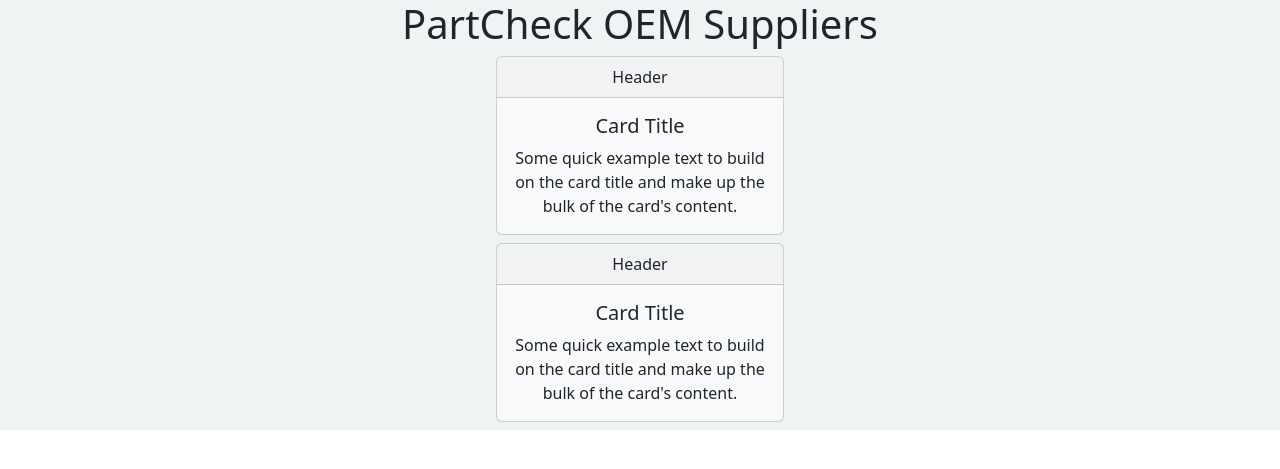
Repository: trungna4699/coding_challenge
Page: /
The author's editor kept a copy of each file at every save. The page is drawn from the files as they stood at one save, then again after the next save.
The browser window is 1280 px wide. The pictures show the whole page.
The project was rebuilt for these pictures with package versions that can differ from the ones it lists, and the page was loaded fresh each time.

Above is the page before, as saved 2022-09-01 16:17:09.

After the next save:
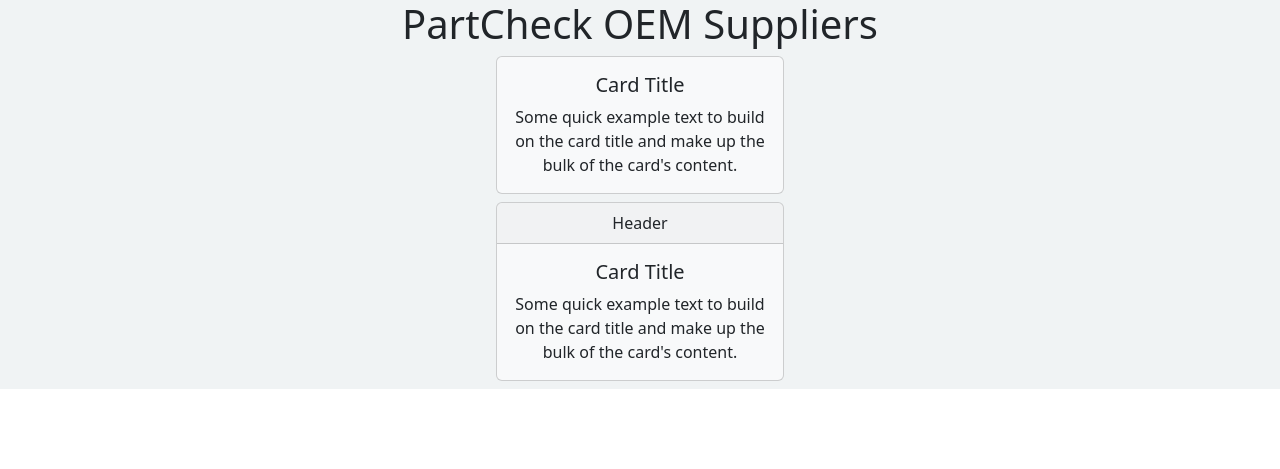
Saved 83 s later.
--- a/src/App.js
+++ b/src/App.js
@@ -18,7 +18,6 @@
           style={{ width: '18rem' }}
           className="mb-2"
         >
-          <Card.Header>Header</Card.Header>
           <Card.Body>
             <Card.Title>Card Title </Card.Title>
             <Card.Text>
